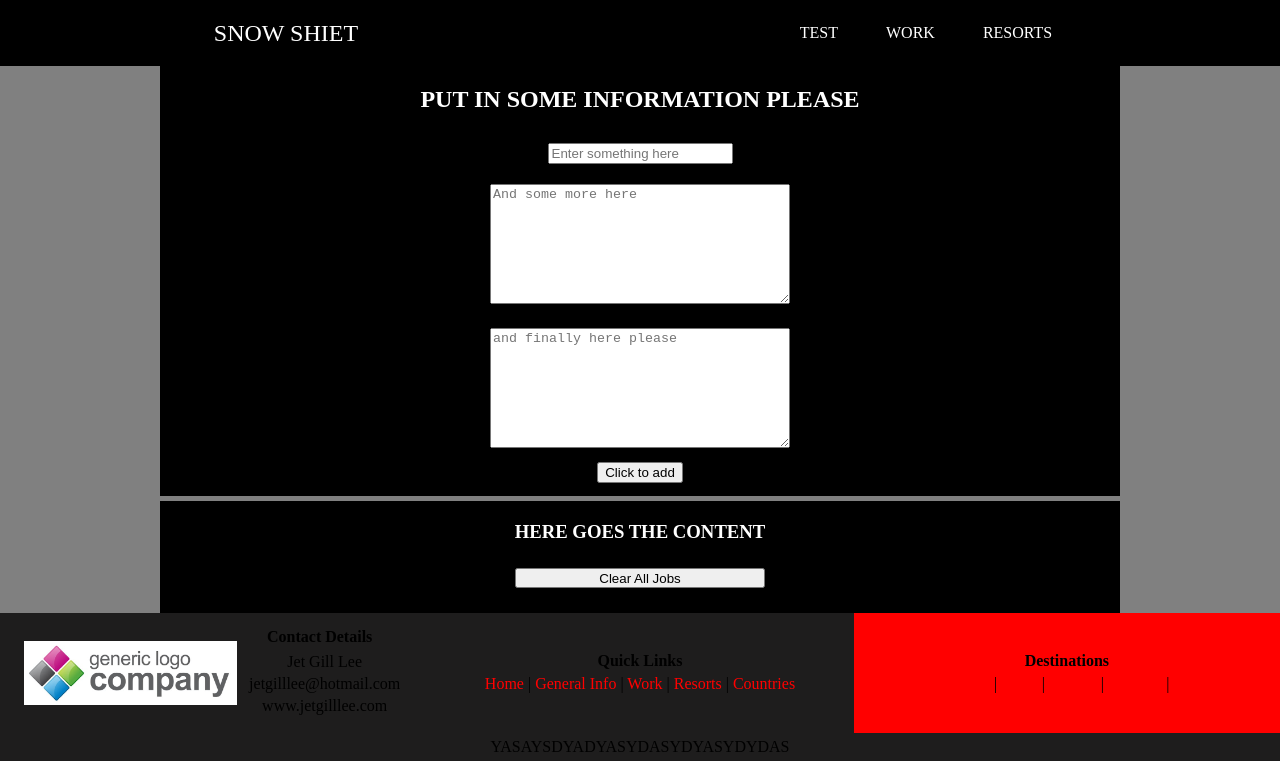
Repository: Jet-Gill-Lee/SnowSite
Page: submit-stuff.html
These files come from the project's save history. The page is drawn as it stood at one moment and after the next save; the edit follows.
The browser window is 1280 px wide. The pictures show the whole page.

Above is the page before, as saved 2021-07-24 23:31:47.

After the next save:
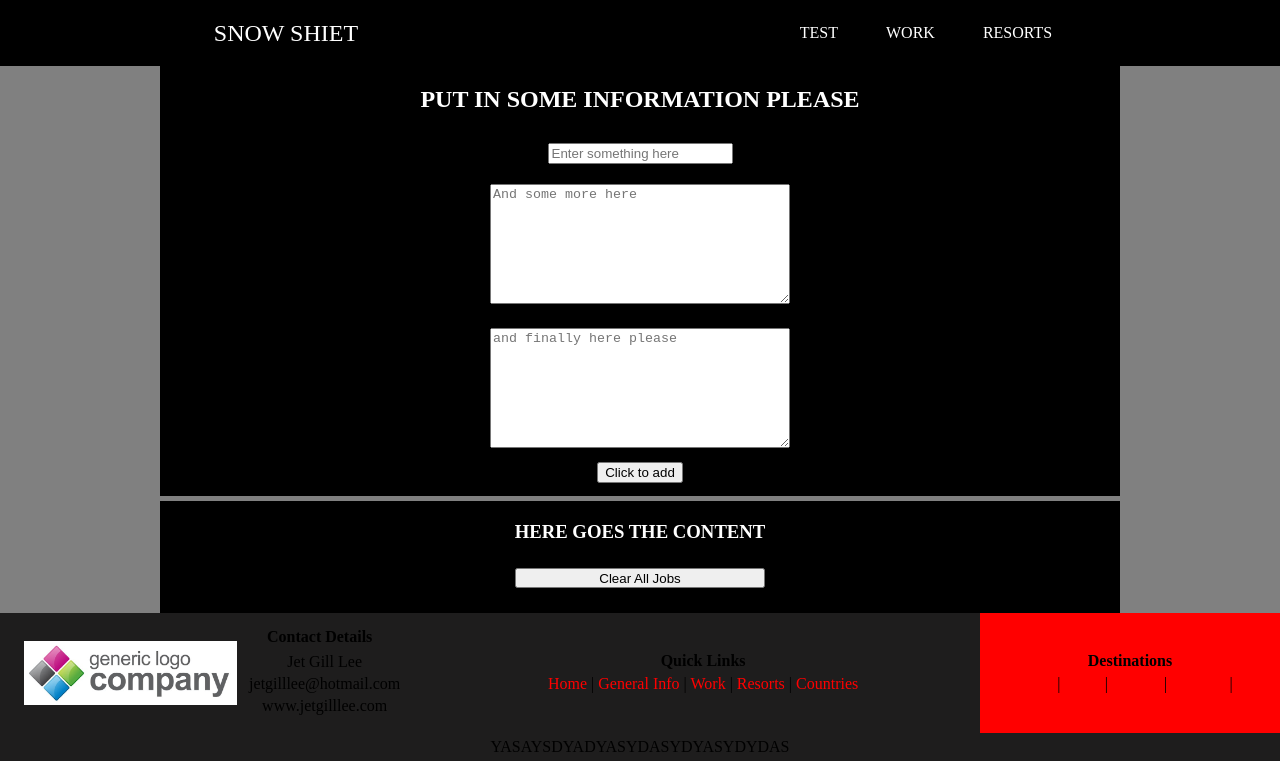
Saved 9 s later.
--- a/css/stylesheet.css
+++ b/css/stylesheet.css
@@ -98,6 +98,7 @@ body {
 }
 .footer-flex-item.flex-links {
  background-color: red;
+ flex: 0.5;
 }
 .footer-flex-item a{
   text-decoration: none;
